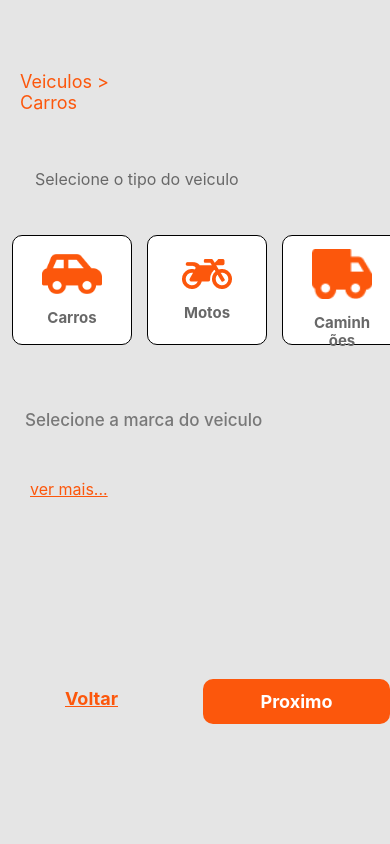
Repository: KevynMarques/React-Native-Koob
Screen: /Page1
An editor plug-in stored every save of this project. The screen is shown before and after a run of saves, followed by the edit.
The page's requests for data from a server got no answer. The app was drawn by React Native's web renderer in a window 390 px wide. The project was rebuilt for these pictures with package versions that can differ from the ones it lists, and the page was loaded fresh each time. No one was signed in, and anything a server would have sent is missing. Also part of the build but not shown: src/Components/Buttons/ButtonTruck/index.tsx, src/Components/Buttons/ButtonMoto/index.tsx.

Above is the screen before, as saved 2022-02-13 13:57:54.

After the next 4 saves:
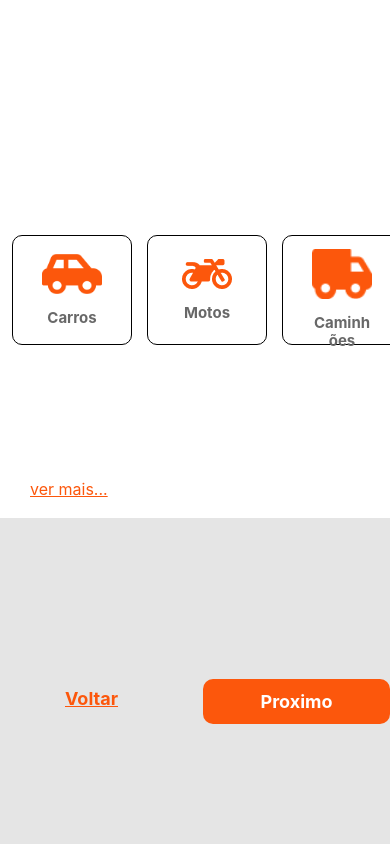
The 4 saves are shown as one change because they came seconds apart.
The last was saved 13 s later.
--- a/src/Screens/Page1/style.tsx
+++ b/src/Screens/Page1/style.tsx
@@ -20,7 +20,5 @@
 
 
 export const ContainerTroca = styled.View `
-
-
-
+      background-color: #FFF;
 `;

After the save that followed:
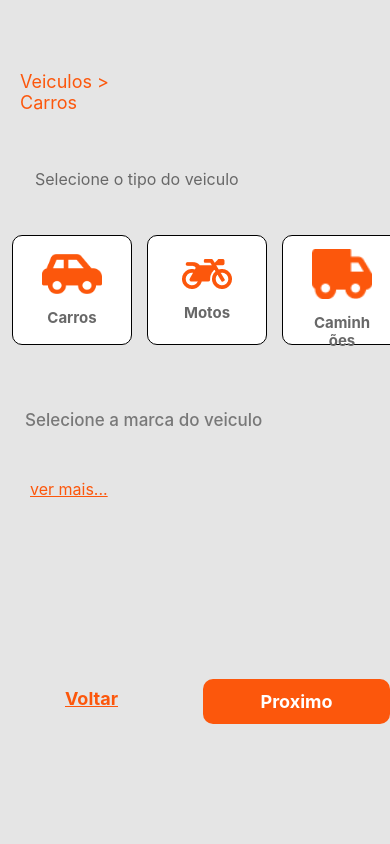
Saved 9 s later.
--- a/src/Screens/Page1/style.tsx
+++ b/src/Screens/Page1/style.tsx
@@ -20,5 +20,5 @@
 
 
 export const ContainerTroca = styled.View `
-      background-color: #FFF;
+
 `;
